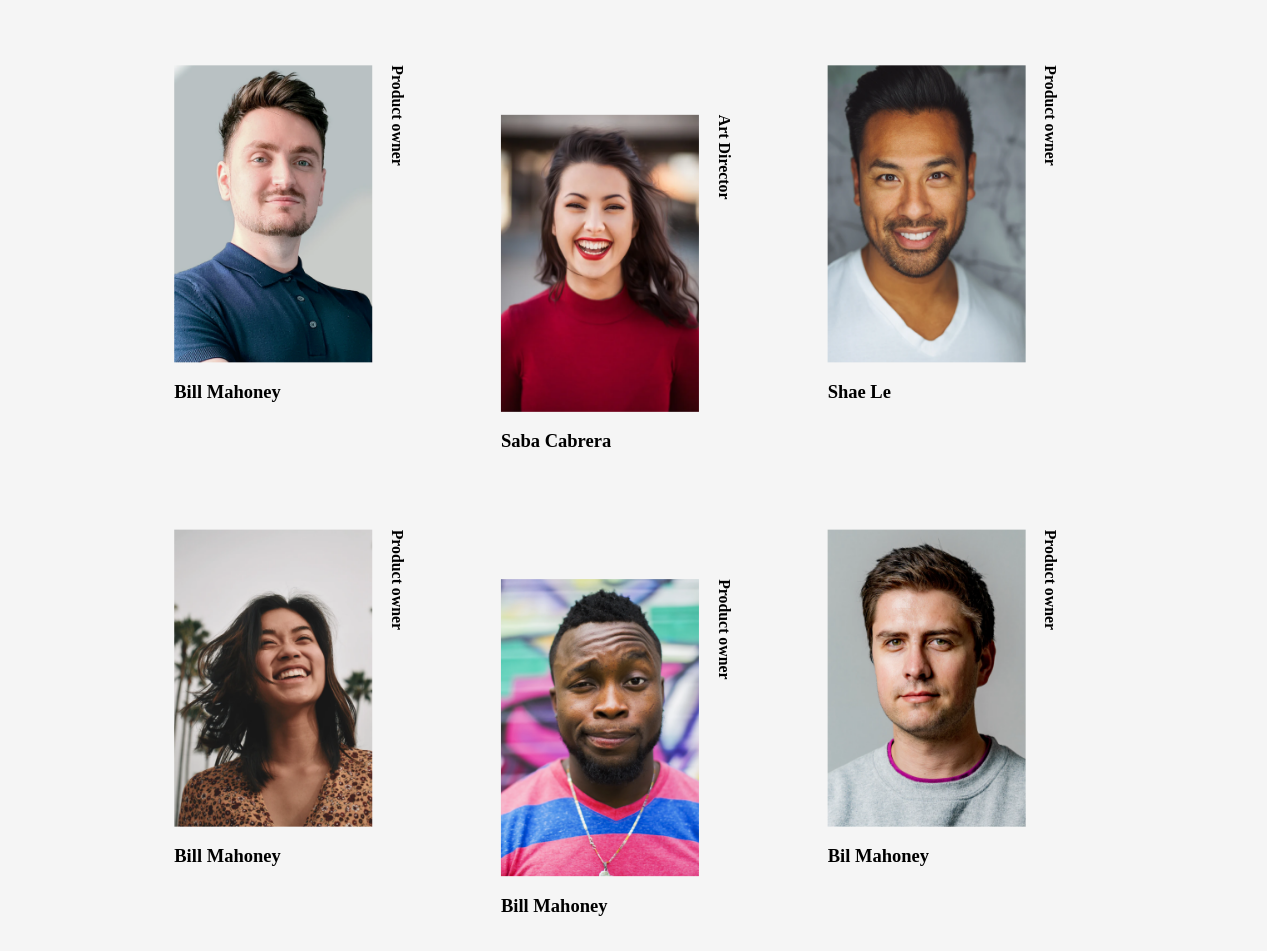
Repository: georgisenze/my-team-page-challeng
Page: index.html
An editor plug-in stored every save of this project. The page is shown before and after the next save, followed by the edit.
The browser window is 1280 px wide. The pictures show the whole page, at 99% of full size.

Above is the page before, as saved 2023-02-22 22:27:31.

### index.html
<!DOCTYPE html>
<html lang="en">
<head>
    <meta charset="UTF-8">
    <meta http-equiv="X-UA-Compatible" content="IE=edge">
    <meta name="viewport" content="width=device-width, initial-scale=1.0">
    <title>My team page</title>

    <link rel="stylesheet" href="assets/css/style.css">
</head>
<body>
     <div class="container" id="container">
        <div class="box">
            <span>
                <img src="assets/img/photo1.png" alt="">
                <p>Product owner</p>
            </span>
            <h3>Bill Mahoney</h3>
        </div>
        <div class="box-centre">
            <span>
                <img src="assets/img/photo2.png" alt="">
                <p>Art Director</p>
            </span>
            <h3>Saba Cabrera</h3>
        </div>
        <div class="box">
            <span>
                <img src="assets/img/photo3.png" alt="">
                <p>Product owner</p>
            </span>
            <h3>Shae Le</h3>
        </div>
        <div class="box">
            <span>
                <img src="assets/img/photo4.png" alt="">
                <p>Product owner</p>
            </span>
            <h3>Bill Mahoney</h3>
        </div>
        <div class="box-centre">
            <span>
                <img src="assets/img/photo5.png" alt="">
                <p>Product owner</p>
            </span>
            <h3>Bill Mahoney</h3>
        </div>
        <div class="box">
            <span>
                <img src="assets/img/photo6.png" alt="">
                <p>Product owner</p>
            </span>
            <h3>Bil Mahoney</h3>
        </div>
      </div>
</body>
</html>

### assets/css/style.css
  body{
    margin: 0;
    padding: 0;
    background-color: whitesmoke;
  }

  .container {
    writing-mode: horizontal-tb;
    display: grid;
    justify-content: center;
    justify-items: center;
    align-items: center;
    align-content: center;
    grid-template-columns: 320px 320px 320px;
    /* grid-template-rows: repeat(2,minmax(100px, auto)); */
    grid-auto-flow: row;
    gap: 10px;
    padding: 1em;
  }

  .box-centre{
    padding-top: 100px;
  }

  img {
    width: 200px;
    height: 300px;
  }

  span{
    display: flex;
  }

  span p {
    writing-mode: vertical-rl;
    text-orientation: mixed;
    font-weight: bold;
  }

  label {
    --flow-space: 1rem;
    display: grid;
    grid-template-columns: 180px min-content;
    gap: 0.2rem;
  }

After the next save:
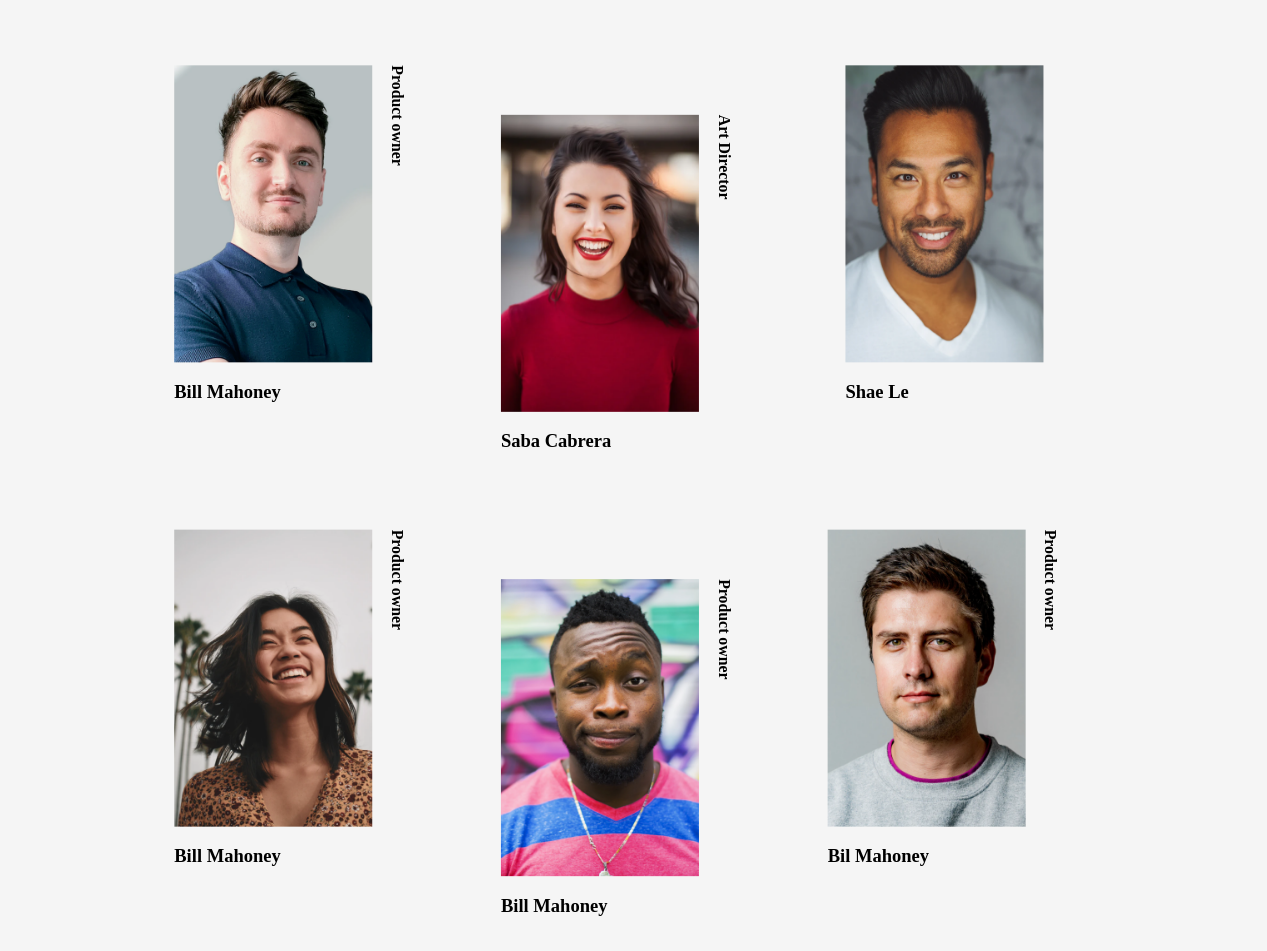
Saved 17 s later.
--- a/index.html
+++ b/index.html
@@ -27,7 +27,7 @@
         <div class="box">
             <span>
                 <img src="assets/img/photo3.png" alt="">
-                <p>Product owner</p>
+                <p></p>
             </span>
             <h3>Shae Le</h3>
         </div>

After the save that followed:
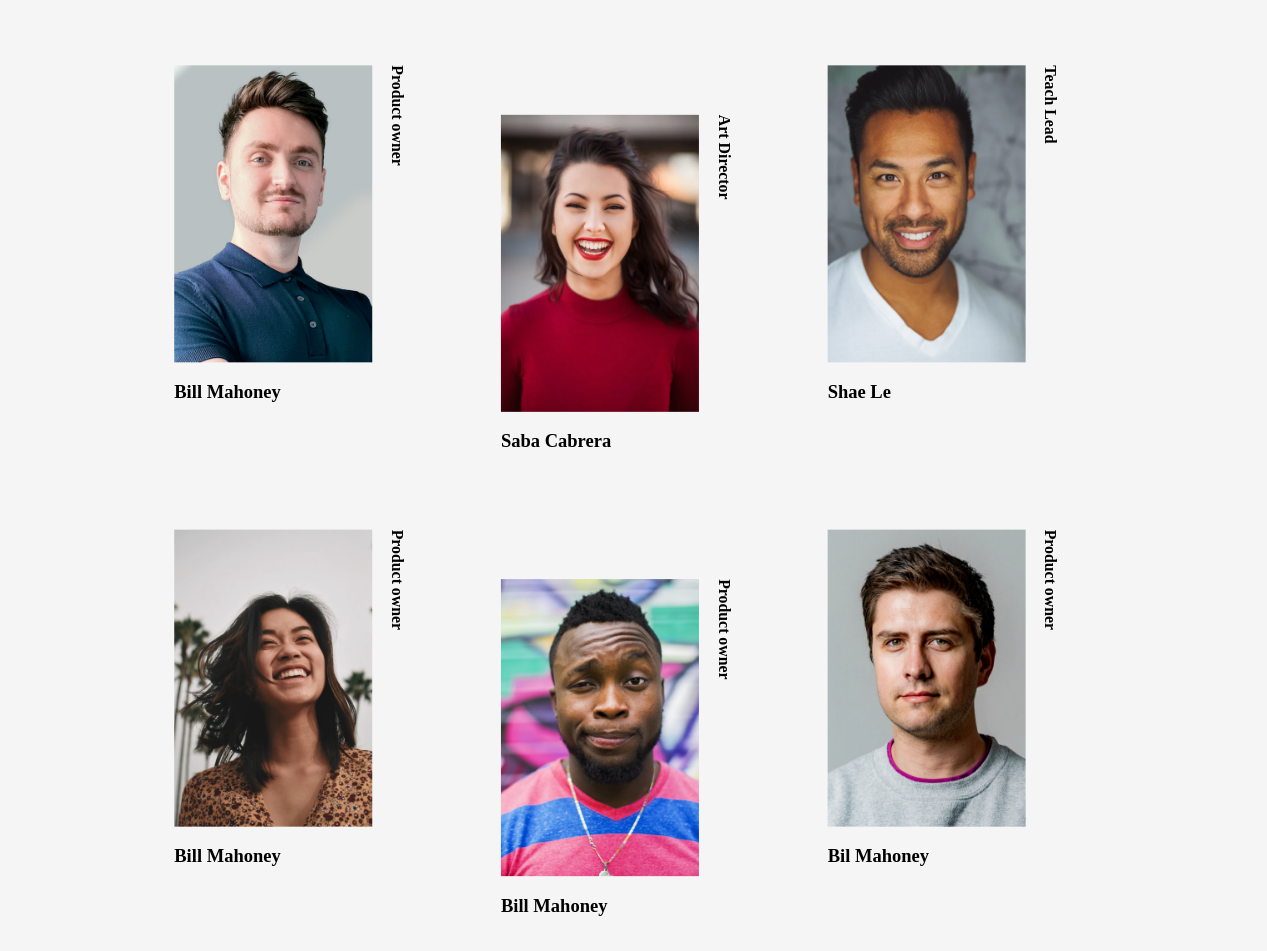
Saved 5 s later.
--- a/index.html
+++ b/index.html
@@ -27,7 +27,7 @@
         <div class="box">
             <span>
                 <img src="assets/img/photo3.png" alt="">
-                <p></p>
+                <p>Teach Lead</p>
             </span>
             <h3>Shae Le</h3>
         </div>
